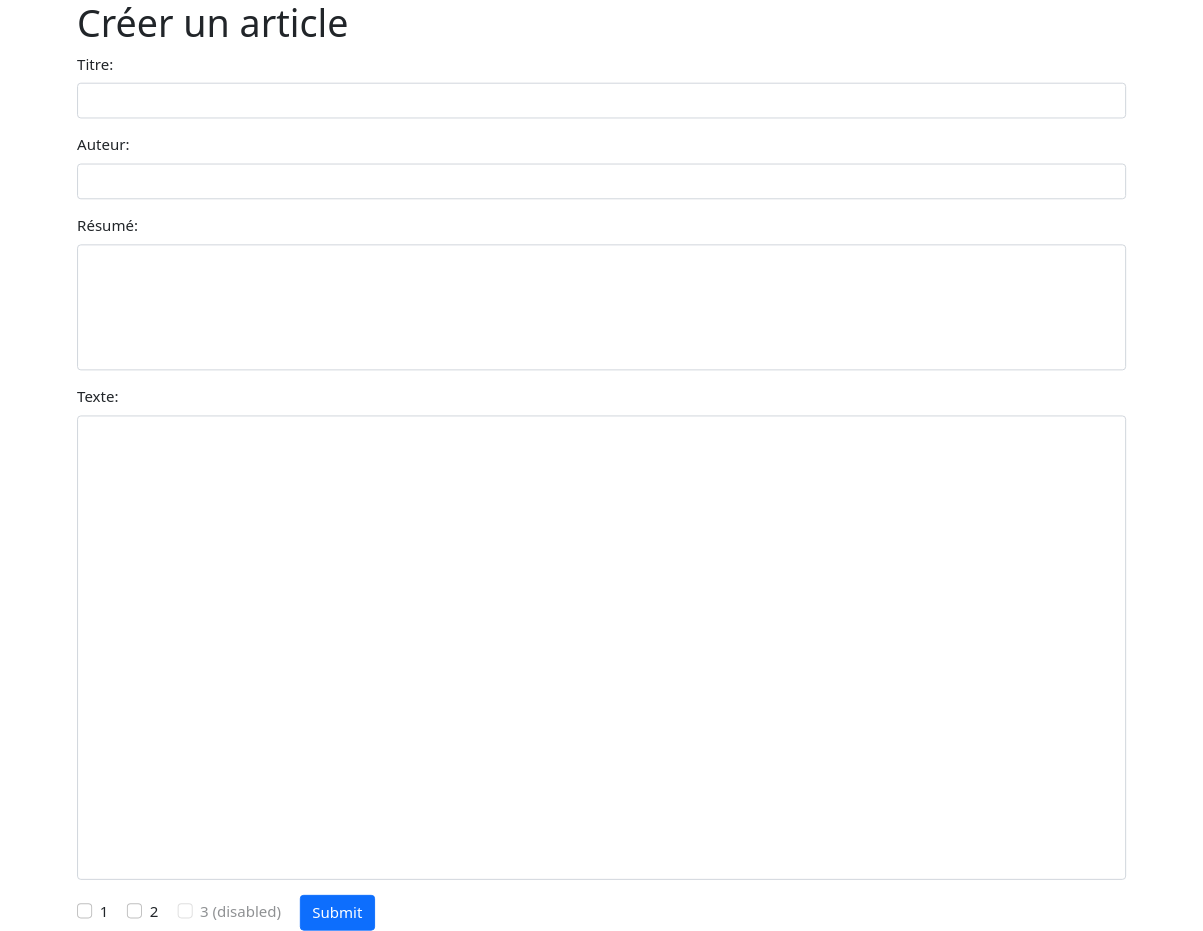
Repository: QuentinFayt/NewsWeb
Page: sources/adminNewsWeb/createArticle.html
The author's editor kept a copy of each file at every save. The page is drawn from the files as they stood at one save, then again after the next save.
The browser window is 1280 px wide. The pictures show the whole page, at 94% of full size.

Above is the page before, as saved 2021-12-23 11:12:49.

### sources/adminNewsWeb/createArticle.html
<!doctype html>
<html lang="fr">

<head>
    <!-- Required meta tags -->
    <meta charset="utf-8">
    <meta name="viewport" content="width=device-width, initial-scale=1">

    <!-- Bootstrap CSS -->
    <link href="https://cdn.jsdelivr.net/npm/bootstrap@5.1.3/dist/css/bootstrap.min.css" rel="stylesheet" integrity="sha384-1BmE4kWBq78iYhFldvKuhfTAU6auU8tT94WrHftjDbrCEXSU1oBoqyl2QvZ6jIW3" crossorigin="anonymous">

    <title>Créer un article</title>
</head>

<body>
    <main class="container">
        <h1>Créer un article</h1>
        <form>
            <div class="mb-3">
                <label for="titre" class="form-label">Titre:</label>
                <input type="text" class="form-control" id="titre" required>
            </div>
            <div class="mb-3">
                <label for="autor" class="form-label">Auteur:</label>
                <input type="text" class="form-control" id="autor" required>
            </div>
            <div class="mb-3">
                <label for="summary" class="form-label">Résumé:</label>
                <textarea class="form-control" id="summary" rows="5" style="resize: none;" required></textarea>
            </div>
            <div class="mb-3">
                <label for="text" class="form-label">Texte:</label>
                <textarea class="form-control" id="text" rows="20" style="resize: none;" required></textarea>
            </div>
            <div class="form-check form-check-inline">
                <input class="form-check-input" type="checkbox" id="inlineCheckbox1" value="option1">
                <label class="form-check-label" for="inlineCheckbox1">1</label>
            </div>
            <div class="form-check form-check-inline">
                <input class="form-check-input" type="checkbox" id="inlineCheckbox2" value="option2">
                <label class="form-check-label" for="inlineCheckbox2">2</label>
            </div>
            <div class="form-check form-check-inline">
                <input class="form-check-input" type="checkbox" id="inlineCheckbox3" value="option3" disabled>
                <label class="form-check-label" for="inlineCheckbox3">3 (disabled)</label>
            </div>
            <button type="submit" class="btn btn-primary">Submit</button>
        </form>
    </main>
    <script src="https://cdn.jsdelivr.net/npm/bootstrap@5.1.3/dist/js/bootstrap.bundle.min.js" integrity="sha384-ka7Sk0Gln4gmtz2MlQnikT1wXgYsOg+OMhuP+IlRH9sENBO0LRn5q+8nbTov4+1p" crossorigin="anonymous"></script>
</body>

</html>

After the next save:
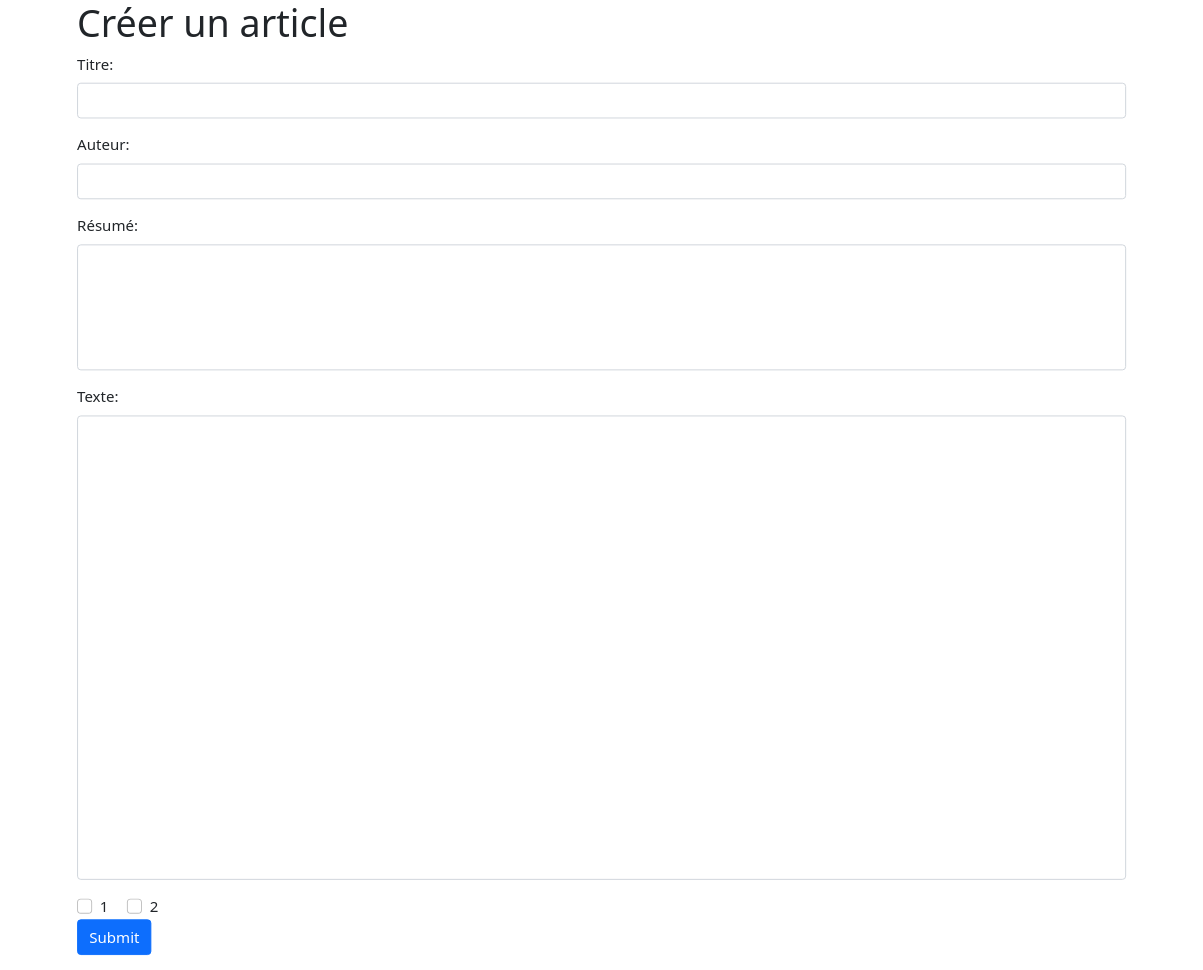
Saved 33 s later.
--- a/sources/adminNewsWeb/createArticle.html
+++ b/sources/adminNewsWeb/createArticle.html
@@ -40,11 +40,8 @@
                 <input class="form-check-input" type="checkbox" id="inlineCheckbox2" value="option2">
                 <label class="form-check-label" for="inlineCheckbox2">2</label>
             </div>
-            <div class="form-check form-check-inline">
-                <input class="form-check-input" type="checkbox" id="inlineCheckbox3" value="option3" disabled>
-                <label class="form-check-label" for="inlineCheckbox3">3 (disabled)</label>
-            </div>
-            <button type="submit" class="btn btn-primary">Submit</button>
+            <div class="mb-3">
+                <button type="submit" class="btn btn-primary">Submit</button></div>
         </form>
     </main>
     <script src="https://cdn.jsdelivr.net/npm/bootstrap@5.1.3/dist/js/bootstrap.bundle.min.js" integrity="sha384-ka7Sk0Gln4gmtz2MlQnikT1wXgYsOg+OMhuP+IlRH9sENBO0LRn5q+8nbTov4+1p" crossorigin="anonymous"></script>
